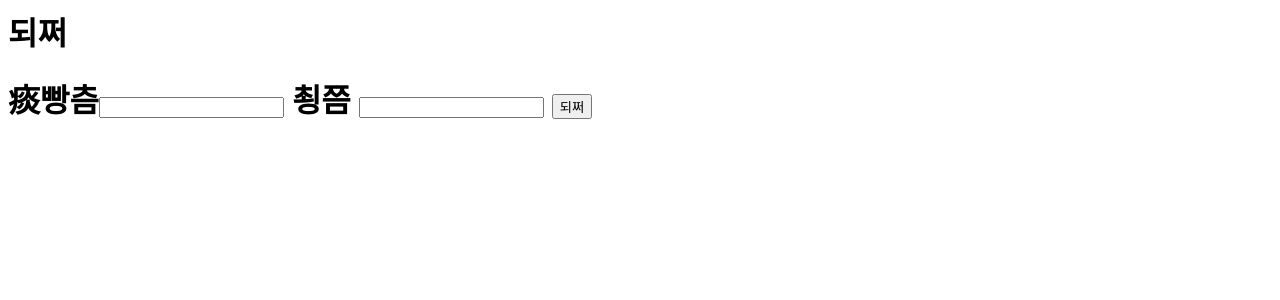
Repository: qq847261175/JavaWeb
Page: Servlet_0011_LoginServlet/WebRoot/default.html
An editor plug-in stored every save of this project. The page is shown before and after the next save, followed by the edit.
The browser window is 1280 px wide. The pictures show the whole page.

Above is the page before, as saved 2016-10-27 17:10:42.

### Servlet_0011_LoginServlet/WebRoot/default.html
<html>
<head>
<head/>
<body>
<h1>되쩌<h1/>
<form action="loginServlet"  method="post">
痰빵츰<input type="text" name="userName"/>
쵱쯤   <input type="password" name="password"/>
<input type="submit" value="되쩌"/>
<form/>
<body/>
<html/>

After the next save:
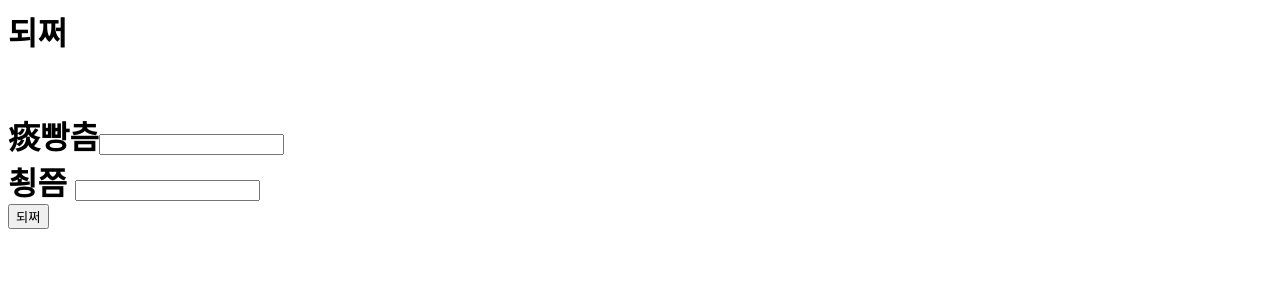
Saved 38 s later.
--- a/Servlet_0011_LoginServlet/WebRoot/default.html
+++ b/Servlet_0011_LoginServlet/WebRoot/default.html
@@ -2,10 +2,10 @@
 <head>
 <head/>
 <body>
-<h1>되쩌<h1/>
+<h1>되쩌<h1/><br/>
 <form action="loginServlet"  method="post">
-痰빵츰<input type="text" name="userName"/>
-쵱쯤   <input type="password" name="password"/>
+痰빵츰<input type="text" name="userName"/><br/>
+쵱쯤   <input type="password" name="password"/><br/>
 <input type="submit" value="되쩌"/>
 <form/>
 <body/>
